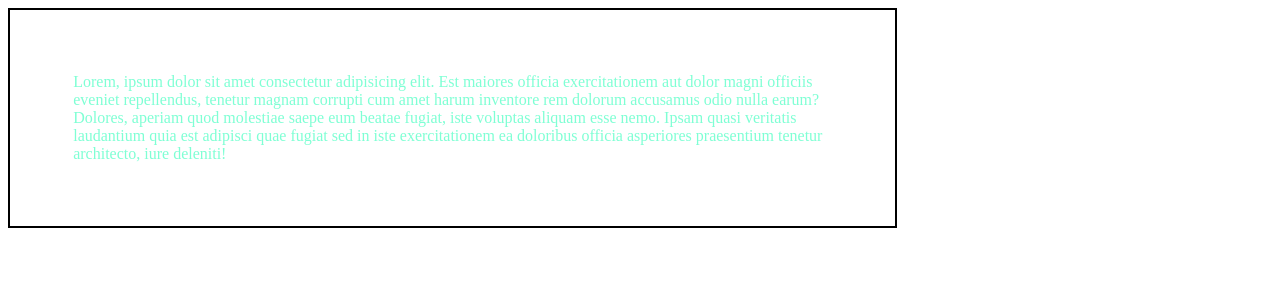
Repository: AdityaNarayan29/DSA
Page: Sorting/test.html
The author's editor kept a copy of each file at every save. The page is drawn from the files as they stood at one save, then again after the next save.
The browser window is 1280 px wide. The pictures show the whole page.

Above is the page before, as saved 2021-09-24 08:45:54.

### Sorting/test.html
<!DOCTYPE html>
<html lang="en">
<head>
        <meta charset="UTF-8">
        <meta http-equiv="X-UA-Compatible" content="IE=edge">
        <meta name="viewport" content="width=device-width, initial-scale=1.0">
        <title>Document</title>
        <style>
                div{
                        padding: 5%;
                        border: 2px solid black;
                }
                #element{
                        width: 60%;
                        max-height: 30%;
                        color: aquamarine;
                }
        </style>
</head>
<body>
        <div id="element">Lorem, ipsum dolor sit amet consectetur adipisicing elit. Est maiores officia exercitationem aut dolor magni officiis eveniet repellendus, tenetur magnam corrupti cum amet harum inventore rem dolorum accusamus odio nulla earum? Dolores, aperiam quod molestiae saepe eum beatae fugiat, iste voluptas aliquam esse nemo. Ipsam quasi veritatis laudantium quia est adipisci quae fugiat sed in iste exercitationem ea doloribus officia asperiores praesentium tenetur architecto, iure deleniti!</div>
</body>
</html>

After the next save:
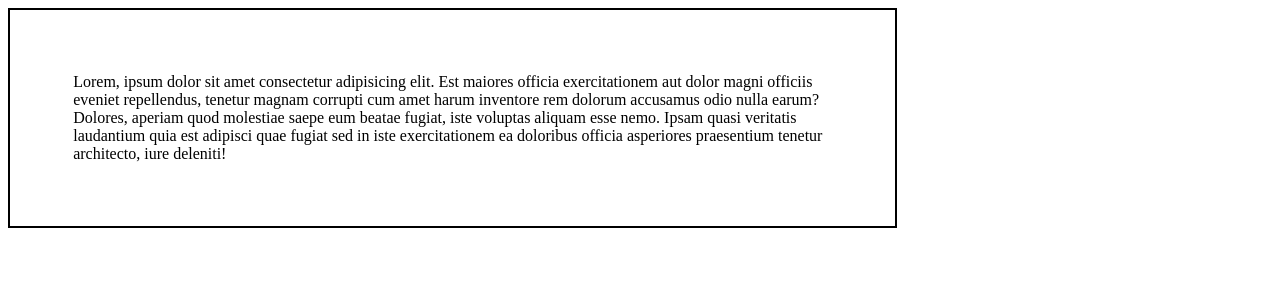
Saved 8 s later.
--- a/Sorting/test.html
+++ b/Sorting/test.html
@@ -11,9 +11,8 @@
                         border: 2px solid black;
                 }
                 #element{
-                        width: 60%;
+                        max-width: 60%;
                         max-height: 30%;
-                        color: aquamarine;
                 }
         </style>
 </head>
